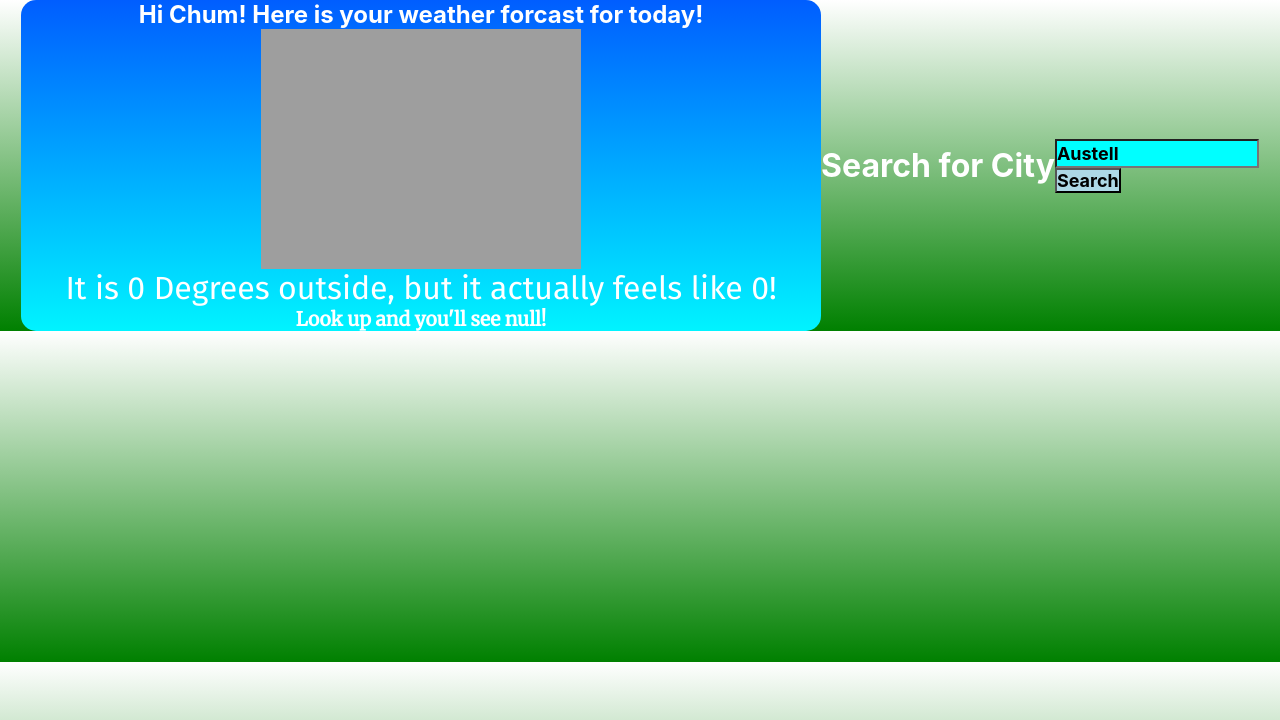
Repository: sayrilamar/chumsweatherapp
Page: /
These files come from the project's save history. The page is drawn as it stood at one moment and after the next save; the edit follows.
The browser window is 1280 px wide. The pictures show the whole page.
Pictures or frames that could not be fetched are drawn as grey boxes. The page's requests for data from a server got no answer. The project was rebuilt for these pictures with package versions that can differ from the ones it lists, and the page was loaded fresh each time. No one was signed in, and anything a server would have sent is missing.

Above is the page before, as saved 2020-04-19 09:05:31.

After the next save:
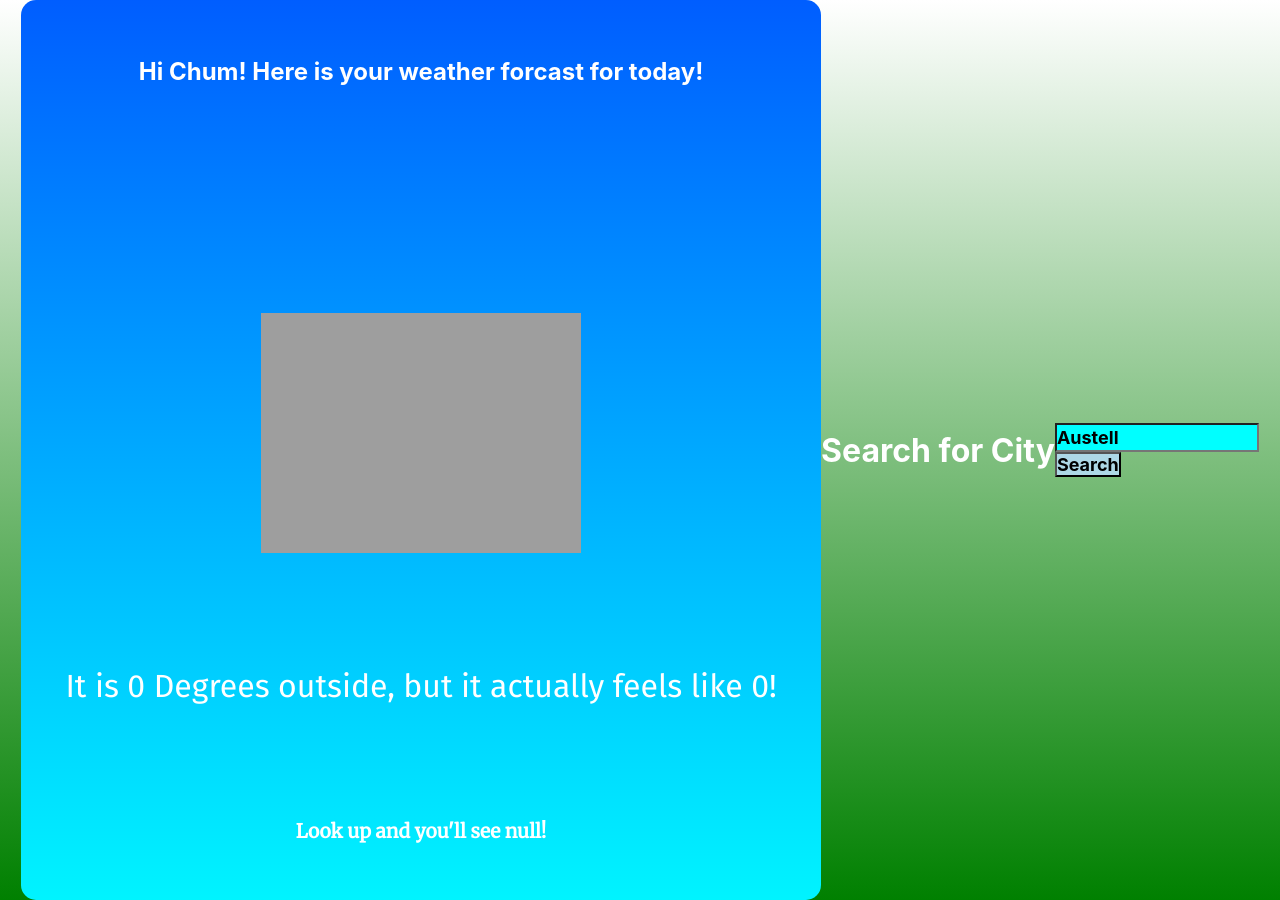
Saved 18 s later.
--- a/src/components/WeatherCard/component.js
+++ b/src/components/WeatherCard/component.js
@@ -38,7 +38,7 @@ const WeatherCard = ({
     margin: 0 auto;
     background: ${bg};
     width: 800px;
-    height: 100%;
+    height: 900px;
     display: flex;
     flex-direction: column;
     justify-content: space-around;
